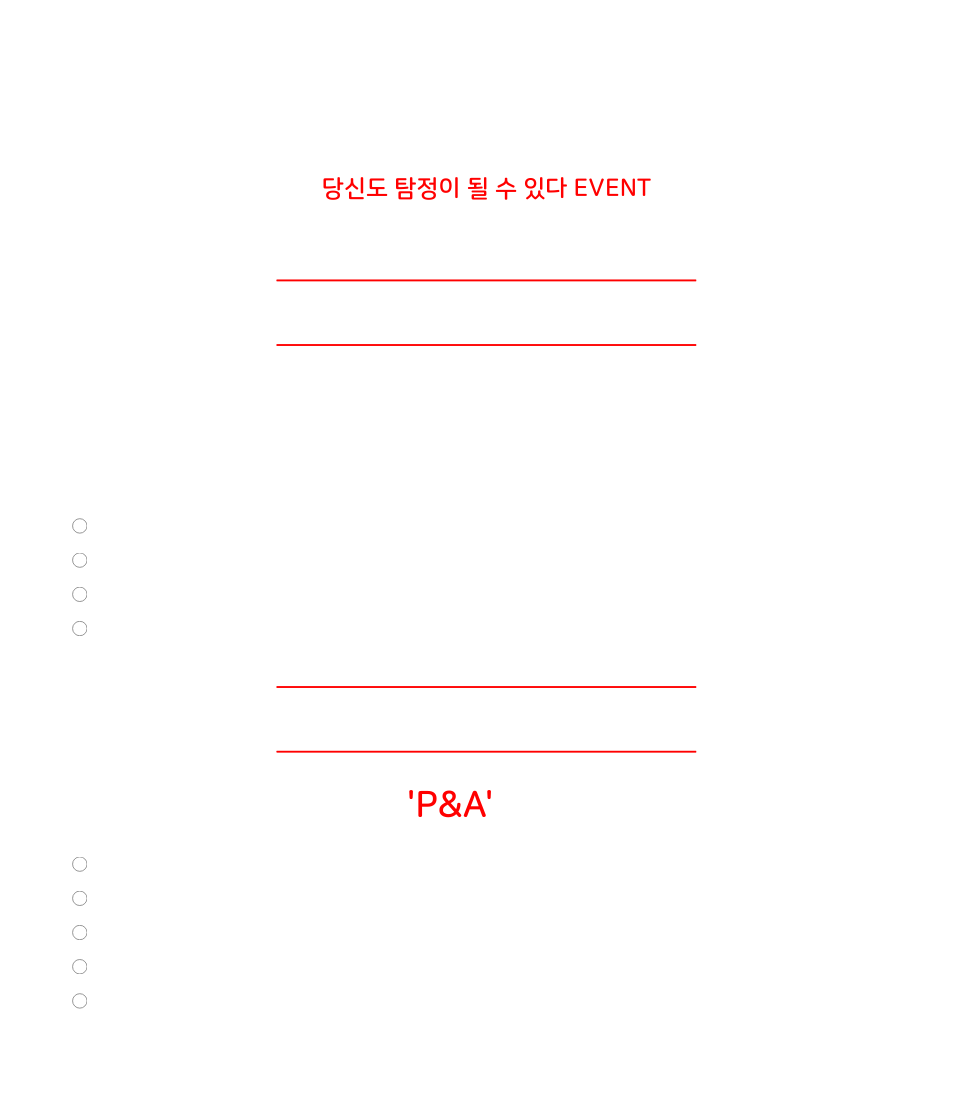
Repository: minkyung0421/Event_Project
Page: http://localhost/Event/letter.jsp
These files come from the project's save history. The page is drawn as it stood at one moment and after the next save; the edit follows.
The browser window is 1280 px wide. The pictures show the whole page, at 76% of full size.
The page is served by Tomcat 9.

Above is the page before, as saved 2018-09-04 17:45:26.

After the next save:
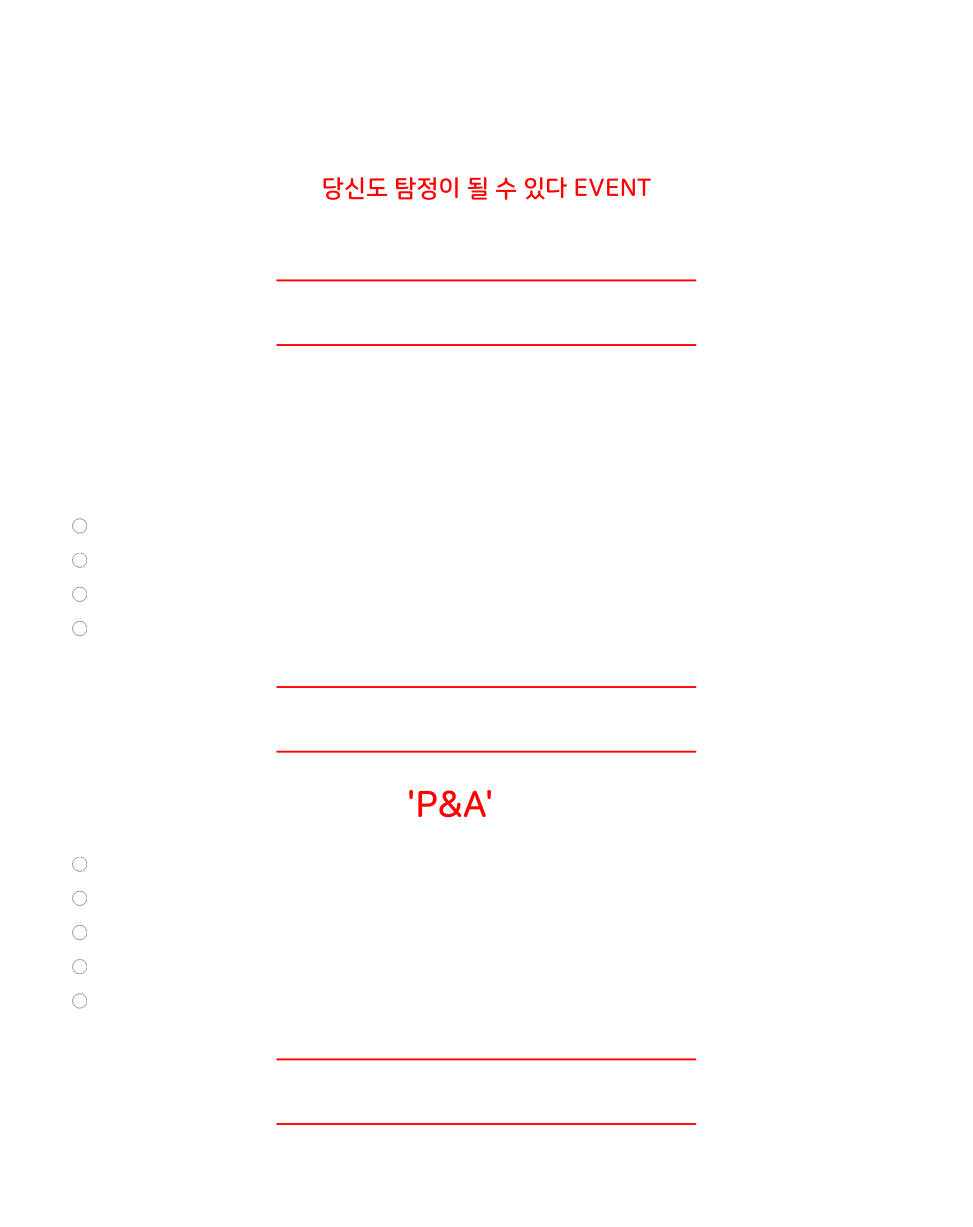
Saved 2 min 36 s later.
--- a/Event_Project/Event/WebContent/letter.jsp
+++ b/Event_Project/Event/WebContent/letter.jsp
@@ -65,6 +65,16 @@ body{
 	<label><input type = "radio" name = "l_quiz2" value = "3" style="width:20px;height:20px;"> C(수의사)"동물들의 건강검진 날이라 채혈 중이었어요"</label><br><br>
 	<label><input type = "radio" name = "l_quiz2" value = "4" style="width:20px;height:20px;"> D(판다 사육사)"멀리서 온 새 식구를 위해 청소를 하고 있었어요"</label><br><br>
 	<label><input type = "radio" name = "l_quiz2" value = "5" style="width:20px;height:20px;"> E(유치원 교사)"원생 중 한 명이 없어져 미아 신고를 하러 가던 중이었어요"</label><br><br>
+<center>
+<br><br>
+<hr color="red" style = "width: 50%; ">
+<br>
+<div style = "font-size: 20pt;">세번째 문제</div>
+<br>
+<hr color="red" style = "width: 50%;">
+<br>
+<br>
+</center>
 </form>
 </body>
 </html>
